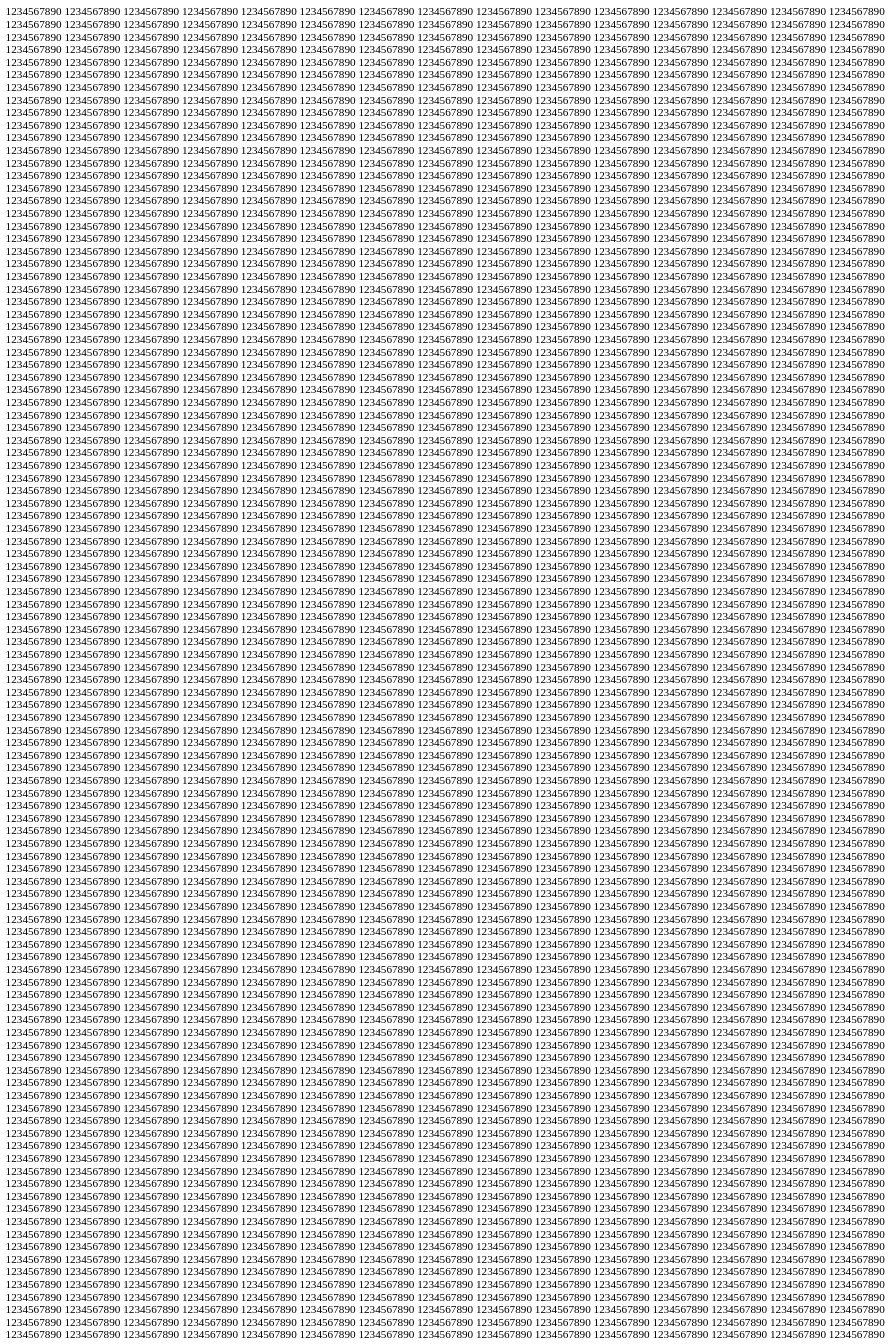
Repository: HongMW/study
Page: http://localhost/jsp01_basic/jsp03_process/jsp01_process.jsp
An editor plug-in stored every save of this project. The page is shown before and after the next save, followed by the edit.
The browser window is 1280 px wide. The pictures show the part of the page from y = 0 to 1920 px (the page is 12022 px tall before and 30016 px after), at 70% of full size.
The page is served by Tomcat 9.

Above is the page before, as saved 2022-12-12 04:47:26.

After the next save:
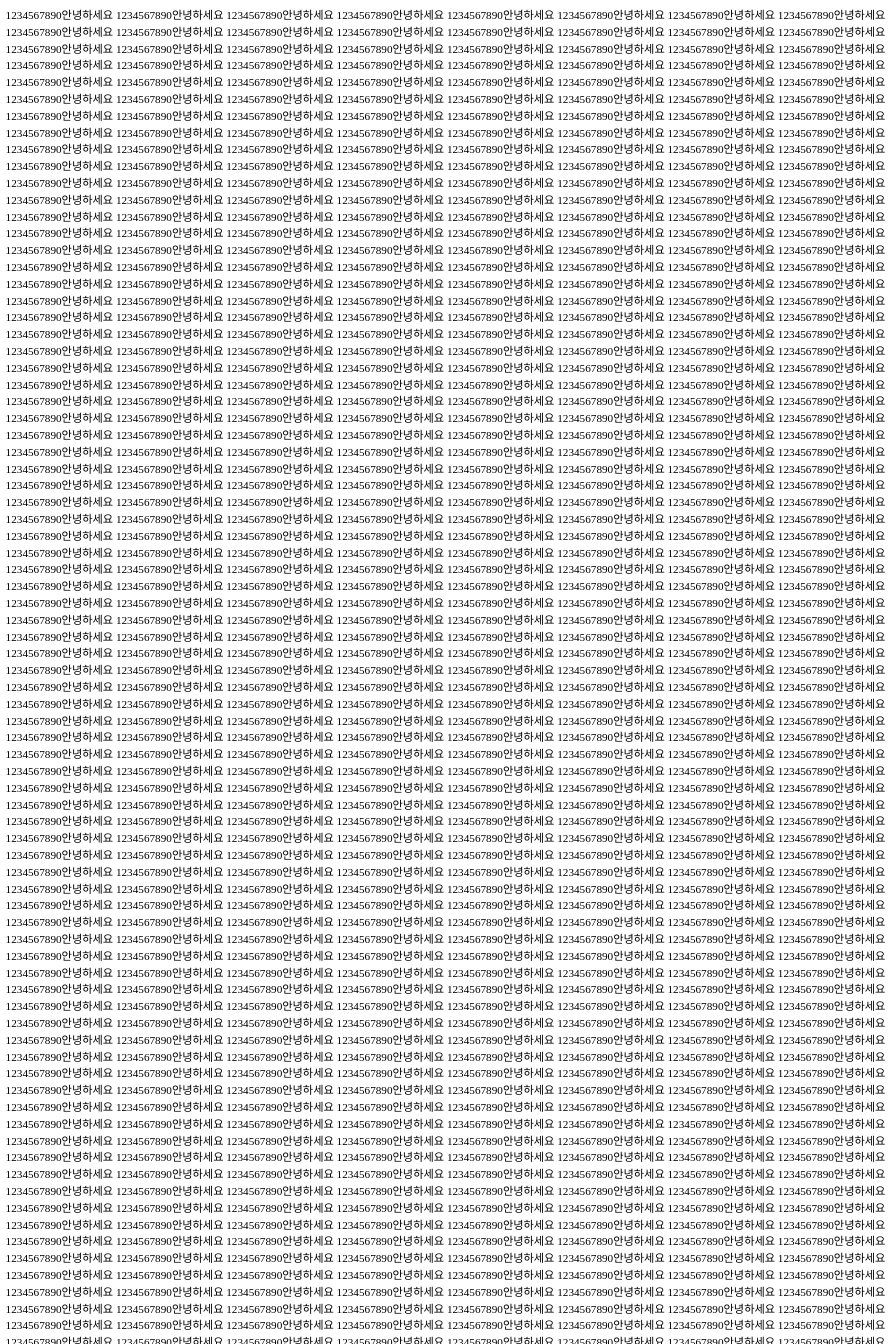
Saved 22 s later.
--- a/04.jsp/jsp01_basic/WebContent/jsp03_process/jsp01_process.jsp
+++ b/04.jsp/jsp01_basic/WebContent/jsp03_process/jsp01_process.jsp
@@ -15,7 +15,7 @@
 	<%
 		for(int i=0;i<10000;i++) {
 	%>
-		1234567890
+		1234567890안녕하세요
 	<%
 		}
 	%>
